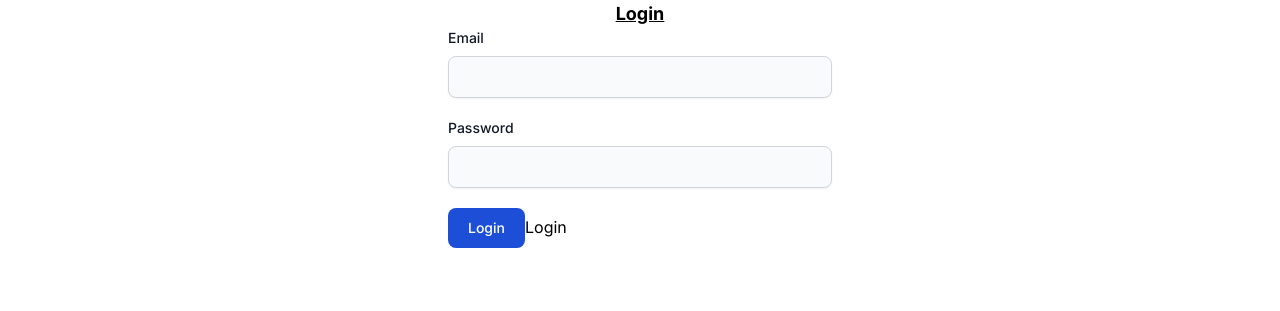
Repository: fatimash2123/next-todo
Page: /login
These files come from the project's save history. The page is drawn as it stood at one moment and after the next save; the edit follows.
The browser window is 1280 px wide. The pictures show the whole page.
The project was rebuilt for these pictures with package versions that can differ from the ones it lists, and the page was loaded fresh each time. The framework's server and built-in components were replaced by stand-ins that run in the browser. Also part of the build but not shown: next.config.mjs.

Above is the page before, as saved 2024-02-14 11:36:05.

After the next save:
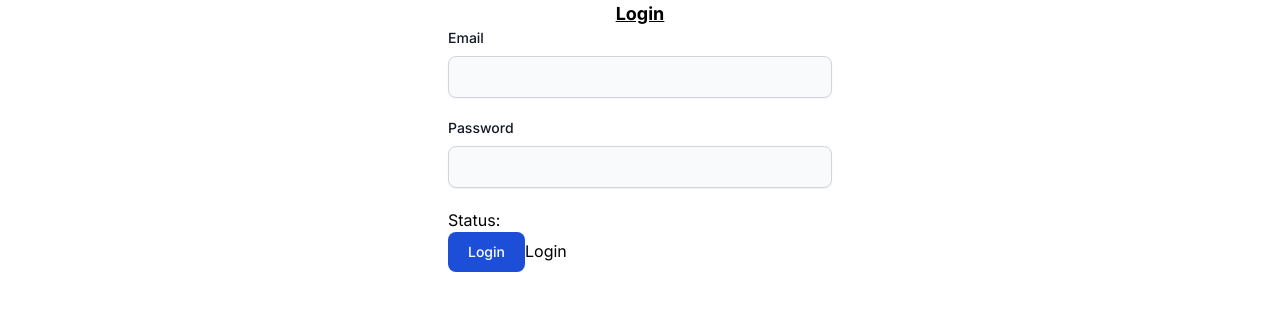
Saved 41 min 2 s later.
--- a/components/LoginForm.tsx
+++ b/components/LoginForm.tsx
@@ -4,6 +4,7 @@
 import login from "@/store/authentication/login";
 import { useFormState, useFormStatus } from "react-dom";
 export default function LoginForm() {
+  // @ts-ignore
   const [errorMessage, dispatch] = useFormState(login, null);
   console.log("errorMessage", errorMessage);
   return (
@@ -12,7 +13,7 @@
       <Input title={"Password"} type={"password"} name={"password"} />
       {/*  @ts-ignore */}
       {/* <div>{errorMessage && <p>{errorMessage} ii</p>}</div> */}
-      {/* <p>Status:{errorMessage}</p> */}
+      <p>Status:{errorMessage}</p>
       <Button title={"Login"} />
       <LoginButton />
     </form>

After the 5 saves that followed:
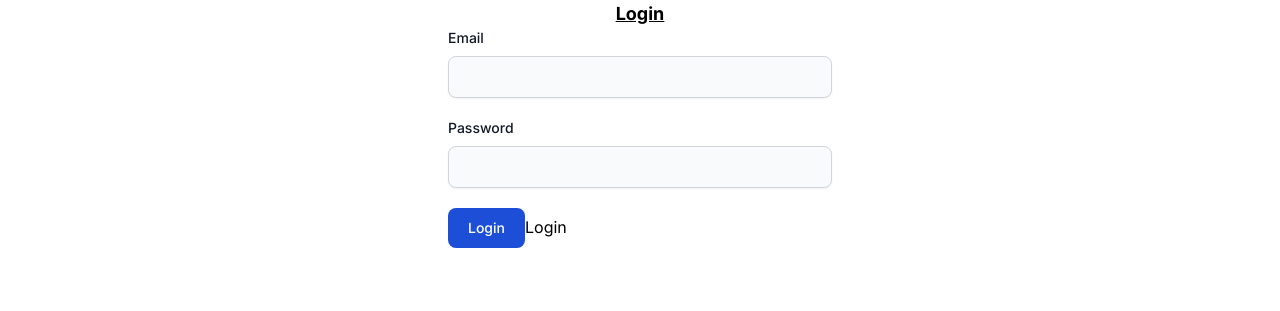
The 5 saves are shown as one change because 4 left the picture as it was.
The last was saved 12 min 32 s later.
--- a/components/LoginForm.tsx
+++ b/components/LoginForm.tsx
@@ -5,7 +5,7 @@
 import { useFormState, useFormStatus } from "react-dom";
 export default function LoginForm() {
   // @ts-ignore
-  const [errorMessage, dispatch] = useFormState(login, null);
+  const [errorMessage, dispatch] = useFormState(login);
   console.log("errorMessage", errorMessage);
   return (
     <form className="max-w-sm mx-auto" action={dispatch}>
@@ -13,7 +13,15 @@
       <Input title={"Password"} type={"password"} name={"password"} />
       {/*  @ts-ignore */}
       {/* <div>{errorMessage && <p>{errorMessage} ii</p>}</div> */}
-      <p>Status:{errorMessage}</p>
+      {errorMessage && (
+        <div
+          class="p-4 mb-4 text-sm text-red-800 rounded-lg bg-red-50 dark:bg-gray-800 dark:text-red-400"
+          role="alert"
+        >
+          <span class="font-medium">Danger alert!</span> Change a few things up
+          and try submitting again.
+        </div>
+      )}
       <Button title={"Login"} />
       <LoginButton />
     </form>
@@ -22,7 +30,7 @@
 
 function LoginButton() {
   const { pending } = useFormStatus();
-
+  console.log("pending=", pending);
   return (
     <button aria-disabled={pending} type="submit">
       Login
--- a/store/authentication/login.tsx
+++ b/store/authentication/login.tsx
@@ -3,7 +3,7 @@ interface LoginUser {
   email: string;
   password: string;
 }
-async function login(formData?: FormData) {
+async function login(previousState: any, formData: FormData) {
   console.log("formData", formData);
   try {
     const data = await fetch("http://localhost:3001/api/auth/login", {
